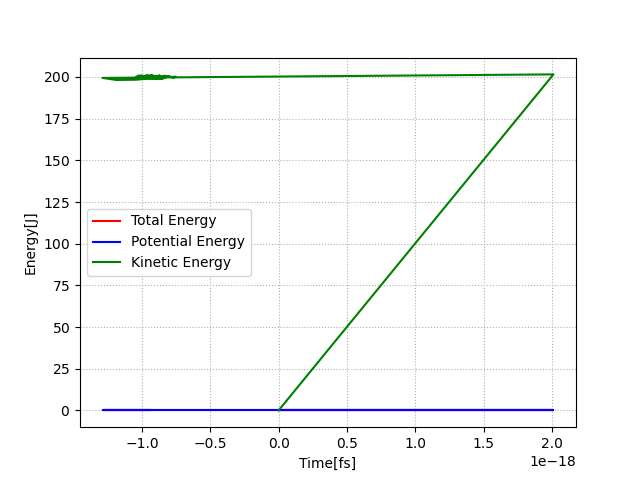
Repository: Tomoya-Oku/OU2025_Handover
Script's output: python Fortran/Samples/Modern/energy_graph.py
The author's editor kept a copy of each file at every save. The script's output is drawn from the files as they stood at one save, then again after a run of saves.
Random numbers start from a fixed seed.

Above is the script's output before, as saved 2024-05-06 23:52:31.

### Fortran/Samples/Modern/energy_graph.py
import matplotlib.pyplot as plt
from matplotlib.ticker import ScalarFormatter
import pandas as pd

def main():
    input_dat = pd.read_table("energy.dat",header=None, delim_whitespace=True)

    time = input_dat[input_dat.keys()[0]]
    tote = input_dat[input_dat.keys()[1]]
    pote = input_dat[input_dat.keys()[2]]
    kine = input_dat[input_dat.keys()[3]]

    print(tote)

    plt.xlabel("Time[fs]")
    plt.ylabel("Energy[J]")
    #plt.xlim(0, len(time)*100)
    #plt.ylim(-1e-18, 3e-18)
    plt.gca().yaxis.set_major_formatter(ScalarFormatter(useMathText=True))

    plt.grid(linestyle="dotted")

    plt.plot(time, tote, label="Total Energy", color="red")
    plt.plot(time, pote, label="Potential Energy", color="blue")
    plt.plot(time, kine, label="Kinetic Energy", color="green")
    plt.legend()
    plt.show()

###################################################################################################

main()

### Fortran/Samples/Modern/energy.dat
  0.0000000E+00  0.0000000E+00  0.0000000E+00  0.0000000E+00
  0.2009740E-17  0.1742599E-17  0.2671410E-18  0.2015490E+03
 -0.1287433E-17 -0.1551775E-17  0.2643419E-18  0.1994372E+03
 -0.1187211E-17 -0.1449932E-17  0.2627207E-18  0.1982141E+03
 -0.1044685E-17 -0.1307606E-17  0.2629203E-18  0.1983646E+03
 -0.9412290E-18 -0.1205106E-17  0.2638770E-18  0.1990864E+03
 -0.8518248E-18 -0.1115275E-17  0.2634498E-18  0.1987641E+03
 -0.8167055E-18 -0.1082203E-17  0.2654975E-18  0.2003090E+03
 -0.7735485E-18 -0.1038449E-17  0.2649010E-18  0.1998590E+03
 -0.7692481E-18 -0.1033728E-17  0.2644803E-18  0.1995416E+03
 -0.7521146E-18 -0.1017408E-17  0.2652934E-18  0.2001551E+03
 -0.7813954E-18 -0.1046555E-17  0.2651600E-18  0.2000544E+03
 -0.8372769E-18 -0.1103310E-17  0.2660335E-18  0.2007134E+03
 -0.8965536E-18 -0.1161320E-17  0.2647666E-18  0.1997576E+03
 -0.8704361E-18 -0.1136631E-17  0.2661950E-18  0.2008352E+03
 -0.9031885E-18 -0.1168286E-17  0.2650974E-18  0.2000072E+03
 -0.9320930E-18 -0.1197531E-17  0.2654380E-18  0.2002642E+03
 -0.9437238E-18 -0.1208515E-17  0.2647915E-18  0.1997764E+03
 -0.9492217E-18 -0.1214108E-17  0.2648860E-18  0.1998476E+03
 -0.9446874E-18 -0.1209500E-17  0.2648124E-18  0.1997922E+03
 -0.9248491E-18 -0.1188912E-17  0.2640627E-18  0.1992265E+03
 -0.9157106E-18 -0.1180172E-17  0.2644613E-18  0.1995273E+03
 -0.9270122E-18 -0.1191885E-17  0.2648723E-18  0.1998373E+03
 -0.9145964E-18 -0.1179811E-17  0.2652143E-18  0.2000954E+03
 -0.9122103E-18 -0.1177686E-17  0.2654755E-18  0.2002925E+03
 -0.9036327E-18 -0.1168034E-17  0.2644015E-18  0.1994821E+03
 -0.9197311E-18 -0.1184581E-17  0.2648495E-18  0.1998202E+03
 -0.9307253E-18 -0.1195792E-17  0.2650671E-18  0.1999843E+03
 -0.9416899E-18 -0.1206542E-17  0.2648516E-18  0.1998217E+03
 -0.9468624E-18 -0.1213111E-17  0.2662487E-18  0.2008758E+03
 -0.9650781E-18 -0.1230633E-17  0.2655550E-18  0.2003524E+03
 -0.9701396E-18 -0.1234945E-17  0.2648056E-18  0.1997870E+03
 -0.9735854E-18 -0.1238939E-17  0.2653539E-18  0.2002007E+03
 -0.9823917E-18 -0.1247840E-17  0.2654487E-18  0.2002722E+03
 -0.9698070E-18 -0.1234633E-17  0.2648262E-18  0.1998025E+03
 -0.9559048E-18 -0.1221478E-17  0.2655728E-18  0.2003658E+03
 -0.9418401E-18 -0.1205791E-17  0.2639505E-18  0.1991419E+03
 -0.9490433E-18 -0.1213331E-17  0.2642880E-18  0.1993965E+03
 -0.8904278E-18 -0.1154500E-17  0.2640720E-18  0.1992335E+03
 -0.8822284E-18 -0.1147417E-17  0.2651886E-18  0.2000760E+03
 -0.8774964E-18 -0.1142903E-17  0.2654065E-18  0.2002403E+03
 -0.8786047E-18 -0.1142657E-17  0.2640527E-18  0.1992190E+03
 -0.8697184E-18 -0.1135865E-17  0.2661470E-18  0.2007990E+03
 -0.9066693E-18 -0.1172063E-17  0.2653936E-18  0.2002306E+03
 -0.9266491E-18 -0.1191671E-17  0.2650218E-18  0.1999501E+03
 -0.9402176E-18 -0.1205272E-17  0.2650545E-18  0.1999748E+03
 -0.9383823E-18 -0.1203686E-17  0.2653036E-18  0.2001627E+03
 -0.9258566E-18 -0.1190971E-17  0.2651145E-18  0.2000201E+03
 -0.9401294E-18 -0.1206033E-17  0.2659040E-18  0.2006157E+03
 -0.9627398E-18 -0.1226873E-17  0.2641334E-18  0.1992798E+03
 -0.9548249E-18 -0.1220524E-17  0.2656988E-18  0.2004609E+03
 -0.9506015E-18 -0.1215171E-17  0.2645699E-18  0.1996092E+03
 -0.9537976E-18 -0.1219461E-17  0.2656634E-18  0.2004342E+03
 -0.9473235E-18 -0.1212884E-17  0.2655604E-18  0.2003565E+03
 -0.9480153E-18 -0.1212873E-17  0.2648575E-18  0.1998262E+03
 -0.9395689E-18 -0.1205318E-17  0.2657493E-18  0.2004990E+03
 -0.9559761E-18 -0.1220827E-17  0.2648504E-18  0.1998208E+03
 -0.9478495E-18 -0.1212288E-17  0.2644386E-18  0.1995101E+03
 -0.9491484E-18 -0.1214042E-17  0.2648934E-18  0.1998533E+03
 -0.9200736E-18 -0.1185618E-17  0.2655442E-18  0.2003443E+03
 -0.9347899E-18 -0.1200546E-17  0.2657557E-18  0.2005039E+03
 -0.9503190E-18 -0.1214872E-17  0.2645535E-18  0.1995968E+03
 -0.9302491E-18 -0.1196212E-17  0.2659630E-18  0.2006602E+03
 -0.9287852E-18 -0.1194841E-17  0.2660563E-18  0.2007306E+03
 -0.9425087E-18 -0.1207569E-17  0.2650599E-18  0.1999789E+03
 -0.9361554E-18 -0.1200698E-17  0.2645426E-18  0.1995886E+03
 -0.9112968E-18 -0.1176473E-17  0.2651758E-18  0.2000663E+03
 -0.9337507E-18 -0.1199076E-17  0.2653255E-18  0.2001792E+03
 -0.9600221E-18 -0.1225544E-17  0.2655222E-18  0.2003276E+03
 -0.9662998E-18 -0.1231646E-17  0.2653466E-18  0.2001952E+03
 -0.9698140E-18 -0.1234540E-17  0.2647261E-18  0.1997270E+03
 -0.9580642E-18 -0.1222983E-17  0.2649191E-18  0.1998726E+03
 -0.9637080E-18 -0.1228527E-17  0.2648191E-18  0.1997972E+03
 -0.9788009E-18 -0.1243551E-17  0.2647502E-18  0.1997452E+03
 -0.9558558E-18 -0.1221211E-17  0.2653548E-18  0.2002014E+03
 -0.9443511E-18 -0.1209653E-17  0.2653018E-18  0.2001614E+03
 -0.9314444E-18 -0.1196152E-17  0.2647079E-18  0.1997133E+03
 -0.9365196E-18 -0.1201538E-17  0.2650184E-18  0.1999476E+03
 -0.9403887E-18 -0.1205663E-17  0.2652745E-18  0.2001408E+03
 -0.9270429E-18 -0.1191803E-17  0.2647597E-18  0.1997524E+03
 -0.9361062E-18 -0.1201823E-17  0.2657169E-18  0.2004745E+03
 -0.9331902E-18 -0.1198307E-17  0.2651168E-18  0.2000218E+03
 -0.9383272E-18 -0.1202877E-17  0.2645501E-18  0.1995942E+03
 -0.9444703E-18 -0.1210038E-17  0.2655679E-18  0.2003621E+03
 -0.9682185E-18 -0.1232689E-17  0.2644706E-18  0.1995343E+03
 -0.9381254E-18 -0.1204164E-17  0.2660389E-18  0.2007175E+03
 -0.9729567E-18 -0.1238067E-17  0.2651098E-18  0.2000165E+03
 -0.9665360E-18 -0.1231196E-17  0.2646605E-18  0.1996775E+03
 -0.9353457E-18 -0.1200898E-17  0.2655518E-18  0.2003500E+03
 -0.9438126E-18 -0.1209180E-17  0.2653670E-18  0.2002105E+03
 -0.9472789E-18 -0.1212298E-17  0.2650187E-18  0.1999478E+03
 -0.9498625E-18 -0.1214704E-17  0.2648415E-18  0.1998141E+03
 -0.9183808E-18 -0.1183126E-17  0.2647451E-18  0.1997414E+03
 -0.9300651E-18 -0.1195657E-17  0.2655916E-18  0.2003800E+03
 -0.9355587E-18 -0.1200637E-17  0.2650781E-18  0.1999926E+03
 -0.9427315E-18 -0.1207839E-17  0.2651072E-18  0.2000145E+03
 -0.9465320E-18 -0.1211329E-17  0.2647973E-18  0.1997807E+03
 -0.9457175E-18 -0.1210495E-17  0.2647778E-18  0.1997661E+03
 -0.9676765E-18 -0.1233115E-17  0.2654382E-18  0.2002643E+03
 -0.9273516E-18 -0.1193156E-17  0.2658047E-18  0.2005408E+03
 -0.9667943E-18 -0.1232122E-17  0.2653281E-18  0.2001812E+03
 -0.9648564E-18 -0.1229752E-17  0.2648955E-18  0.1998548E+03
 -0.9704332E-18 -0.1235750E-17  0.2653166E-18  0.2001725E+03
 -0.9307834E-18 -0.1195549E-17  0.2647660E-18  0.1997571E+03
 -0.9200874E-18 -0.1185368E-17  0.2652804E-18  0.2001452E+03
 -0.9387429E-18 -0.1203549E-17  0.2648057E-18  0.1997871E+03
 -0.9167015E-18 -0.1182912E-17  0.2662102E-18  0.2008468E+03
 -0.9280079E-18 -0.1192593E-17  0.2645851E-18  0.1996206E+03
 -0.9325684E-18 -0.1197287E-17  0.2647188E-18  0.1997215E+03
 -0.9153961E-18 -0.1181153E-17  0.2657564E-18  0.2005044E+03
 -0.9387598E-18 -0.1204468E-17  0.2657077E-18  0.2004676E+03
 -0.9398386E-18 -0.1204853E-17  0.2650144E-18  0.1999445E+03
 -0.9555375E-18 -0.1221736E-17  0.2661986E-18  0.2008380E+03
 -0.9704523E-18 -0.1236010E-17  0.2655573E-18  0.2003541E+03
 -0.9566686E-18 -0.1220850E-17  0.2641813E-18  0.1993160E+03
 -0.9606298E-18 -0.1227208E-17  0.2665780E-18  0.2011242E+03
 -0.9806929E-18 -0.1244932E-17  0.2642386E-18  0.1993592E+03
 -0.9651374E-18 -0.1230484E-17  0.2653463E-18  0.2001949E+03
 -0.9534136E-18 -0.1218587E-17  0.2651736E-18  0.2000647E+03
 -0.9559815E-18 -0.1221485E-17  0.2655036E-18  0.2003136E+03
 -0.9374195E-18 -0.1202113E-17  0.2646940E-18  0.1997028E+03
 -0.9548110E-18 -0.1219974E-17  0.2651632E-18  0.2000568E+03
 -0.9441756E-18 -0.1208997E-17  0.2648211E-18  0.1997987E+03
 -0.9441109E-18 -0.1209106E-17  0.2649952E-18  0.1999301E+03
 -0.9566169E-18 -0.1221033E-17  0.2644159E-18  0.1994930E+03
 -0.9469026E-18 -0.1212423E-17  0.2655200E-18  0.2003260E+03
 -0.9696516E-18 -0.1234979E-17  0.2653279E-18  0.2001811E+03
 -0.9593795E-18 -0.1223962E-17  0.2645829E-18  0.1996190E+03
 -0.9682219E-18 -0.1233860E-17  0.2656382E-18  0.2004152E+03
 -0.9906631E-18 -0.1255121E-17  0.2644580E-18  0.1995247E+03
 -0.9666725E-18 -0.1231982E-17  0.2653096E-18  0.2001673E+03
 -0.9531750E-18 -0.1218269E-17  0.2650942E-18  0.2000047E+03
 -0.9526289E-18 -0.1216701E-17  0.2640723E-18  0.1992338E+03
 -0.9520371E-18 -0.1216371E-17  0.2643336E-18  0.1994309E+03
 -0.9450574E-18 -0.1209749E-17  0.2646911E-18  0.1997006E+03
 -0.9748637E-18 -0.1240098E-17  0.2652341E-18  0.2001103E+03
 -0.9773242E-18 -0.1242636E-17  0.2653115E-18  0.2001687E+03
 -0.9646059E-18 -0.1229218E-17  0.2646124E-18  0.1996412E+03
 -0.9653822E-18 -0.1230170E-17  0.2647875E-18  0.1997734E+03
 -0.9676526E-18 -0.1232332E-17  0.2646798E-18  0.1996921E+03
 -0.9464784E-18 -0.1211204E-17  0.2647255E-18  0.1997266E+03
 -0.9256983E-18 -0.1191458E-17  0.2657599E-18  0.2005070E+03
 -0.9354450E-18 -0.1200366E-17  0.2649206E-18  0.1998738E+03
 -0.9357858E-18 -0.1202093E-17  0.2663070E-18  0.2009198E+03
 -0.9427376E-18 -0.1207359E-17  0.2646214E-18  0.1996480E+03
 -0.9570580E-18 -0.1221646E-17  0.2645883E-18  0.1996230E+03
 -0.9439079E-18 -0.1208623E-17  0.2647153E-18  0.1997189E+03
 -0.9433462E-18 -0.1207719E-17  0.2643726E-18  0.1994604E+03
 -0.9723289E-18 -0.1237141E-17  0.2648118E-18  0.1997917E+03
 -0.9821890E-18 -0.1246956E-17  0.2647673E-18  0.1997581E+03
 -0.9457060E-18 -0.1210334E-17  0.2646281E-18  0.1996531E+03
 -0.9621370E-18 -0.1227303E-17  0.2651657E-18  0.2000587E+03
 -0.9525522E-18 -0.1217329E-17  0.2647765E-18  0.1997650E+03
 -0.9292767E-18 -0.1195562E-17  0.2662849E-18  0.2009031E+03
 -0.9506420E-18 -0.1215038E-17  0.2643956E-18  0.1994777E+03
 -0.9224022E-18 -0.1187567E-17  0.2651653E-18  0.2000584E+03
 -0.9501899E-18 -0.1215721E-17  0.2655313E-18  0.2003345E+03
 -0.9325969E-18 -0.1196889E-17  0.2642917E-18  0.1993993E+03
 -0.9268221E-18 -0.1193426E-17  0.2666035E-18  0.2011435E+03
 -0.9414113E-18 -0.1205617E-17  0.2642059E-18  0.1993346E+03
 -0.9466298E-18 -0.1212415E-17  0.2657855E-18  0.2005263E+03
 -0.9464295E-18 -0.1211009E-17  0.2645797E-18  0.1996166E+03
 -0.9596118E-18 -0.1225025E-17  0.2654133E-18  0.2002455E+03
 -0.9436331E-18 -0.1208914E-17  0.2652807E-18  0.2001454E+03
 -0.9748568E-18 -0.1240367E-17  0.2655099E-18  0.2003184E+03
 -0.9420349E-18 -0.1206216E-17  0.2641811E-18  0.1993158E+03
 -0.9699285E-18 -0.1236137E-17  0.2662087E-18  0.2008456E+03
 -0.9896080E-18 -0.1255256E-17  0.2656480E-18  0.2004225E+03
 -0.9864718E-18 -0.1250779E-17  0.2643071E-18  0.1994109E+03
 -0.9918689E-18 -0.1257090E-17  0.2652213E-18  0.2001006E+03
 -0.9698374E-18 -0.1234720E-17  0.2648828E-18  0.1998453E+03
 -0.9988809E-18 -0.1264150E-17  0.2652691E-18  0.2001367E+03
 -0.1006481E-17 -0.1272251E-17  0.2657695E-18  0.2005143E+03
 -0.9939218E-18 -0.1258063E-17  0.2641408E-18  0.1992855E+03
 -0.1009669E-17 -0.1275907E-17  0.2662381E-18  0.2008678E+03
 -0.1027585E-17 -0.1293146E-17  0.2655617E-18  0.2003575E+03
 -0.1032928E-17 -0.1296967E-17  0.2640389E-18  0.1992086E+03
 -0.1007547E-17 -0.1272822E-17  0.2652757E-18  0.2001417E+03
 -0.1003992E-17 -0.1269907E-17  0.2659146E-18  0.2006237E+03
 -0.9761651E-18 -0.1240461E-17  0.2642955E-18  0.1994022E+03
 -0.9775537E-18 -0.1241763E-17  0.2642088E-18  0.1993368E+03
 -0.9984467E-18 -0.1264722E-17  0.2662755E-18  0.2008960E+03
 -0.9813454E-18 -0.1246298E-17  0.2649524E-18  0.1998978E+03
 -0.9708930E-18 -0.1236258E-17  0.2653650E-18  0.2002091E+03
 -0.9999555E-18 -0.1264660E-17  0.2647041E-18  0.1997104E+03
 -0.1021355E-17 -0.1286361E-17  0.2650063E-18  0.1999384E+03
 -0.1038725E-17 -0.1303980E-17  0.2652555E-18  0.2001265E+03
 -0.1026800E-17 -0.1292385E-17  0.2655852E-18  0.2003752E+03
 -0.1015801E-17 -0.1281163E-17  0.2653626E-18  0.2002072E+03
 -0.1022004E-17 -0.1286221E-17  0.2642175E-18  0.1993433E+03
 -0.1043718E-17 -0.1308877E-17  0.2651585E-18  0.2000532E+03
 -0.9768984E-18 -0.1240997E-17  0.2640984E-18  0.1992534E+03
 -0.1023436E-17 -0.1289678E-17  0.2662424E-18  0.2008710E+03
 -0.1017850E-17 -0.1282666E-17  0.2648165E-18  0.1997953E+03
 -0.9912801E-18 -0.1255677E-17  0.2643970E-18  0.1994787E+03
 -0.9767044E-18 -0.1241283E-17  0.2645790E-18  0.1996160E+03
 -0.9483530E-18 -0.1212757E-17  0.2644037E-18  0.1994838E+03
 -0.9566539E-18 -0.1221918E-17  0.2652640E-18  0.2001328E+03
 -0.9302121E-18 -0.1195422E-17  0.2652098E-18  0.2000919E+03
 -0.9145513E-18 -0.1179579E-17  0.2650276E-18  0.1999545E+03
 -0.9378825E-18 -0.1202594E-17  0.2647119E-18  0.1997163E+03

After the next 3 saves:
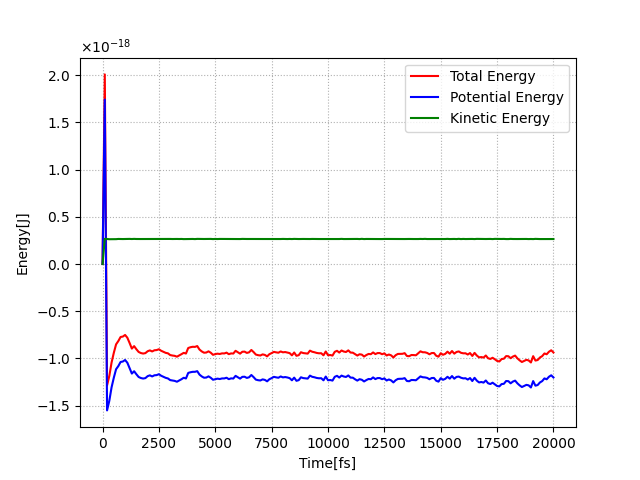
The 3 saves are shown as one change because 2 did not build or start.
The last was saved 3 min 0 s later.
--- a/Fortran/Samples/Modern/energy_graph.py
+++ b/Fortran/Samples/Modern/energy_graph.py
@@ -1,14 +1,15 @@
 import matplotlib.pyplot as plt
 from matplotlib.ticker import ScalarFormatter
 import pandas as pd
+import numpy as np
 
 def main():
     input_dat = pd.read_table("energy.dat",header=None, delim_whitespace=True)
 
-    time = input_dat[input_dat.keys()[0]]
-    tote = input_dat[input_dat.keys()[1]]
-    pote = input_dat[input_dat.keys()[2]]
-    kine = input_dat[input_dat.keys()[3]]
+    time = np.arange(0, 20001, 100)
+    tote = input_dat[input_dat.keys()[0]]
+    pote = input_dat[input_dat.keys()[1]]
+    kine = input_dat[input_dat.keys()[2]]
 
     print(tote)
 
